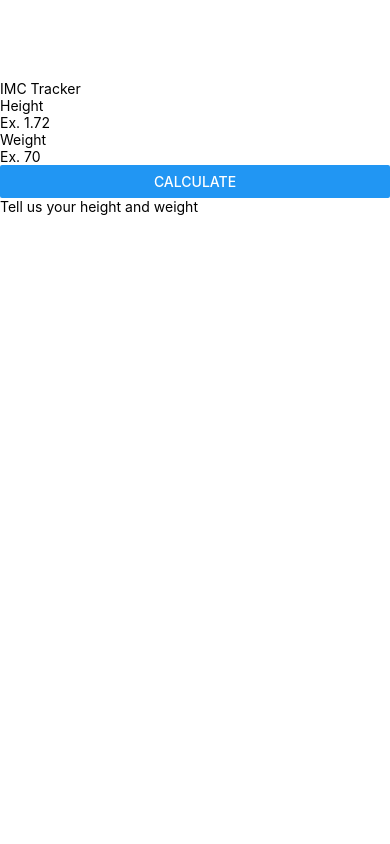
Repository: rubenmatias08/IMCTracker
Screen: /
These files come from the project's save history. The screen is drawn as it stood at one moment and after a run of saves; the edit follows.
The app was drawn by React Native's web renderer in a window 390 px wide. The project was rebuilt for these pictures with package versions that can differ from the ones it lists, and the page was loaded fresh each time.

Above is the screen before, as saved 2024-03-10 17:01:20.

After the next 2 saves:
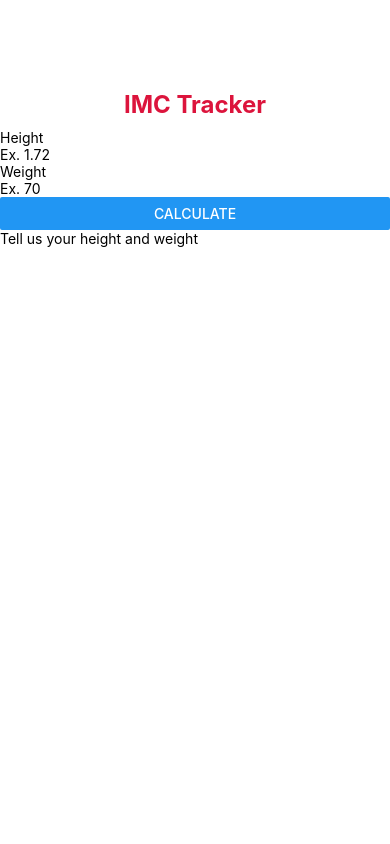
The 2 saves are shown as one change because 1 did not build or start.
The last was saved 104 s later.
--- a/src/components/Title/index.js
+++ b/src/components/Title/index.js
@@ -4,8 +4,8 @@ import styles from "./style";
 
 export default function Title(){
     return(
-        <View>
-            <Text>IMC Tracker</Text>
+        <View style={styles.boxTitle}>
+            <Text style={styles.textTitle}>IMC Tracker</Text>
         </View>
     )
 }
